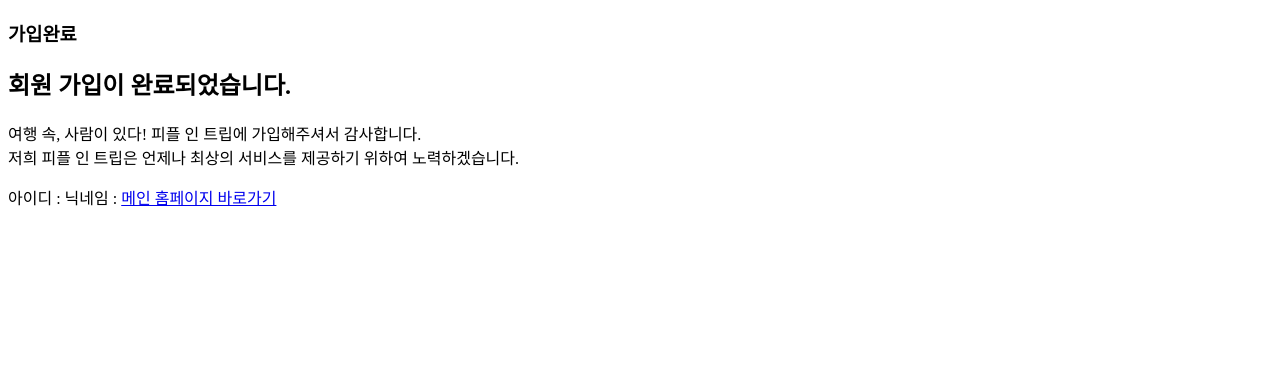
Repository: kimjinmin4535/ezen_loginteam
Page: http://localhost/Ezen_Project/signup/singupcomplete.jsp
An editor plug-in stored every save of this project. The page is shown before and after the next save, followed by the edit.
The browser window is 1280 px wide. The pictures show the whole page.
The page is served by Tomcat 9.

Above is the page before, as saved 2022-07-05 09:39:36.

After the next save:
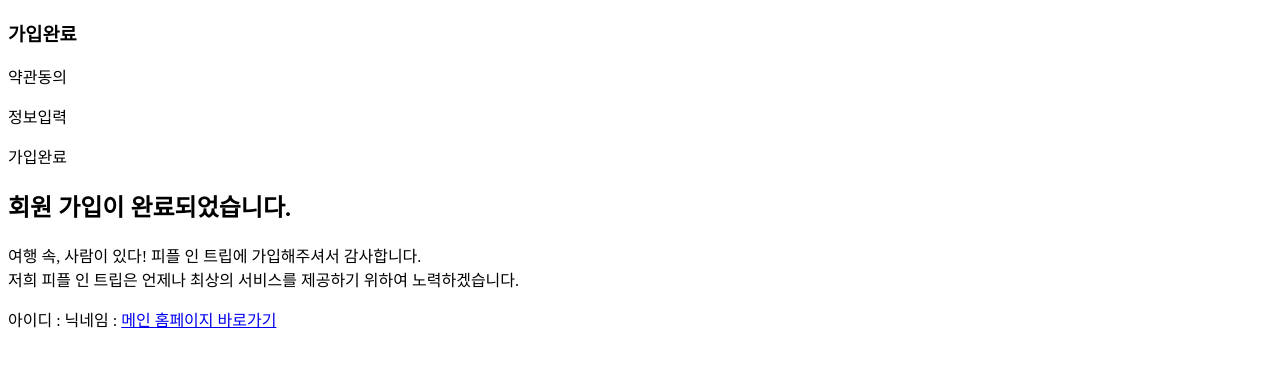
Saved 88 s later.
--- a/Ezen_Project/src/main/webapp/signup/singupcomplete.jsp
+++ b/Ezen_Project/src/main/webapp/signup/singupcomplete.jsp
@@ -9,6 +9,11 @@
 <body>
 	<h3>가입완료</h3>
 	<div>
+		<p>약관동의</p>
+		<p>정보입력</p>
+		<p>가입완료</p>
+	</div>
+	<div>
 		<h2>회원 가입이 완료되었습니다.</h2>
 		<p>여행 속, 사람이 있다! 피플 인 트립에 가입해주셔서 감사합니다.<br>
 		저희 피플 인 트립은 언제나 최상의 서비스를 제공하기 위하여 노력하겠습니다.</p>
